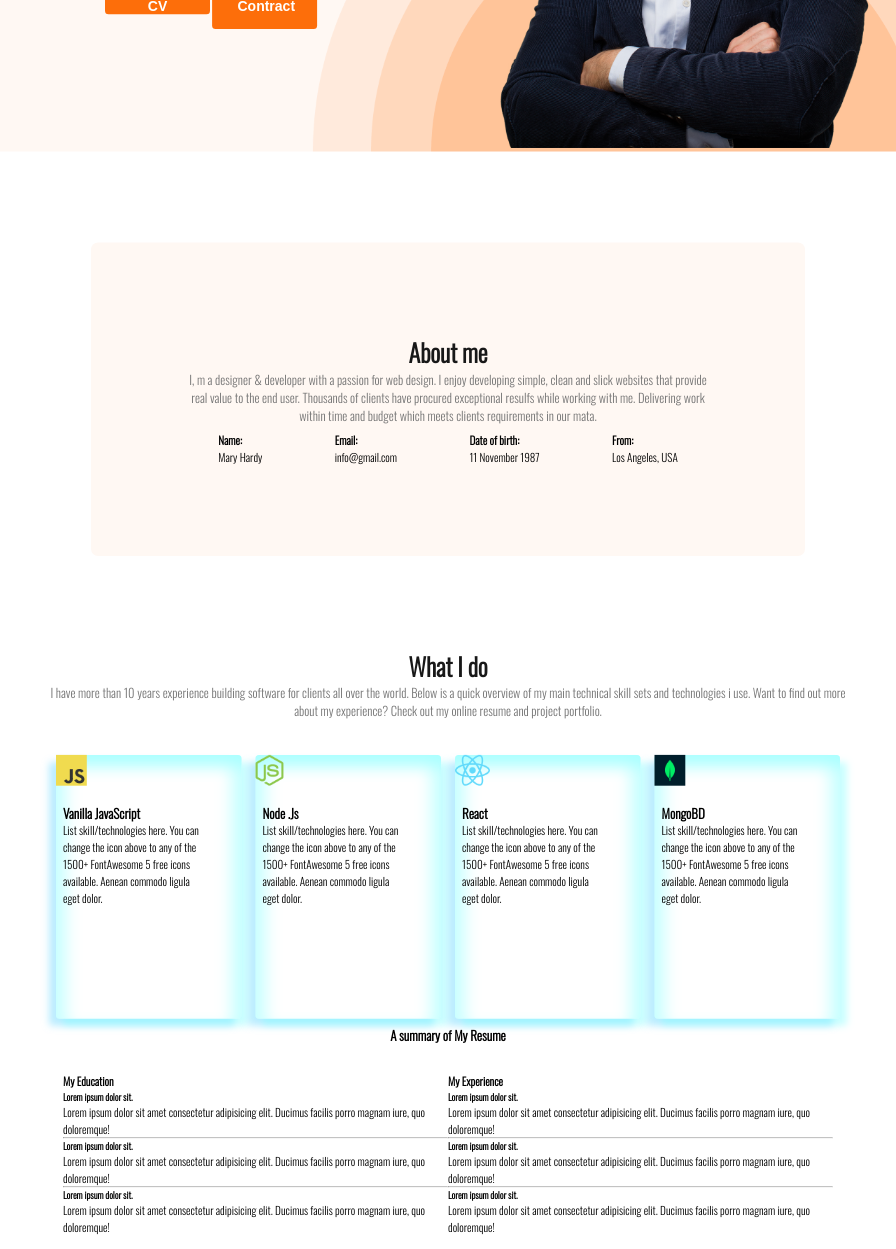
Repository: sumonkumarsarkar/my-website-personal
Page: index.html
The author's editor kept a copy of each file at every save. The page is drawn from the files as they stood at one save, then again after the next save.
The browser window is 1280 px wide. The pictures show the part of the page from y = 659 to 2579 px (the page is 2443 px tall before and 2579 px after), at 70% of full size.

Above is the page before, as saved 2024-01-06 16:39:00.

### index.html
<!DOCTYPE html>
<html lang="en">
  <head>
    <meta charset="UTF-8" />
    <meta name="viewport" content="width=device-width, initial-scale=1.0" />
    <title>My Personal Website</title>
    <link rel="preconnect" href="https://fonts.googleapis.com" />
    <link rel="preconnect" href="https://fonts.gstatic.com" crossorigin />
    <link
      href="https://fonts.googleapis.com/css2?family=Open+Sans:wght@700;800&family=Oswald:wght@300&display=swap"
      rel="stylesheet"
    />
    <link rel="stylesheet" href="./style.css" />
  </head>
  <body>
    <header class="header">
      <nav>
        <h3 class="nav-title">Me<span class="text-primary">r</span>y</h3>
        <ul>
          <li><a href="#">Pirtfolio</a></li>
          <li><a href="#">Blog</a></li>
          <li><button type="button" class="btn-button">Hire Me</button></li>
        </ul>
      </nav>

      <div class="banner">
        <div class="banner-part">
          <h3 class="banner-greeting">Hi, I am</h3>
          <h1 class="banner-title">Mary Hardy</h1>
          <p>
            Shot what able cold new see hold.Friendly as an betrayed formerly
            he. Morning because as to society behaved moments.
          </p>
          <button type="button" class="btn-button">Download CV</button>
          <button class="btn-button" type="button">Contract</button>
        </div>
        <div>
          <img class="profile-picture" src="./images/hardy.png" alt="" />
        </div>
      </div>
    </header>

    <!-- main section  -->

    <main>
      <section class="about">
        <h3 class="section-title">About me</h3>
        <p class="section-description">
          I, m a designer & developer with a passion for web design. I enjoy
          developing simple, clean and slick websites that provide real value to
          the end user. Thousands of clients have procured exceptional resulfs
          while working with me. Delivering work within time and budget which
          meets clients requirements in our mata.
        </p>

        <div class="about-info-container">
          <div class="about-info">
            <h4 class="info-titlt">Name:</h4>
            <p>Mary Hardy</p>
          </div>
          <div class="about-info">
            <h4 class="info-titlt">Email:</h4>
            <p>info@gmail.com</p>
          </div>
          <div class="about-info">
            <h4 class="info-titlt">Date of birth:</h4>
            <p>11 November 1987</p>
          </div>
          <div class="about-info">
            <h4 class="info-titlt">From:</h4>
            <p>Los Angeles, USA</p>
          </div>
        </div>
      </section>

      <section class="what-section">
        <h3 class="section-title">What I do</h3>
        <p class="section-description">
          I have more than 10 years experience building software for clients all
          over the world. Below is a quick overview of my main technical skill
          sets and technologies i use. Want to find out more about my
          experience? Check out my online resume and project portfolio.
        </p>

        <div class="skill-container">
          <div class="skill">
            <img src="./images/icons/js.png" alt="" />
            <div class="skill-item">
              <h3 class="skill-title">Vanilla JavaScript</h3>
              <p class="skill-description">
                List skill/technologies here. You can change the icon above to
                any of the 1500+ FontAwesome 5 free icons available. Aenean
                commodo ligula eget dolor.
              </p>
            </div>
          </div>
          <div class="skill">
            <img src="./images/icons/nodejs.png" alt="" />
            <div class="skill-item">
              <h3 class="skill-title">Node .Js</h3>
              <p class="skill-description">
                List skill/technologies here. You can change the icon above to
                any of the 1500+ FontAwesome 5 free icons available. Aenean
                commodo ligula eget dolor.
              </p>
            </div>
          </div>
          <div class="skill">
            <img src="./images/icons/react.png" alt="" />
            <div class="skill-item">
              <h3 class="skill-title">React</h3>
              <p class="skill-description">
                List skill/technologies here. You can change the icon above to
                any of the 1500+ FontAwesome 5 free icons available. Aenean
                commodo ligula eget dolor.
              </p>
            </div>
          </div>
          <div class="skill">
            <img src="./images/icons/mongo.png" alt="" />
            <div class="skill-item">
              <h3 class="skill-title">MongoBD</h3>
              <p class="skill-description">
                List skill/technologies here. You can change the icon above to
                any of the 1500+ FontAwesome 5 free icons available. Aenean
                commodo ligula eget dolor.
              </p>
            </div>
          </div>
        </div>


     <!-- summary section start  -->
     <section class="section-resume">
      <h3 class="summary-title">A summary of My Resume</h3>
      <div class="summary-section">

          <div class="education-item">
          <h4 class="education-title">My Education</h4>
          <div class="education-details">
          <h5>Lorem ipsum dolor sit.</h5>
          <P>Lorem ipsum dolor sit amet consectetur adipisicing elit. Ducimus facilis porro magnam iure, quo doloremque!</P>
          </div><hr>
          <div class="education-details">
          <h5>Lorem ipsum dolor sit.</h5>
          <P>Lorem ipsum dolor sit amet consectetur adipisicing elit. Ducimus facilis porro magnam iure, quo doloremque!</P>
          </div><hr>
          <div class="education-details">
          <h5>Lorem ipsum dolor sit.</h5>
          <P>Lorem ipsum dolor sit amet consectetur adipisicing elit. Ducimus facilis porro magnam iure, quo doloremque!</P>
          </div>

         </div>

          <!-- Education end  -->

         <div class="experence-item">
          <h4 class="experence">My Experience</h4>

          <div class="education-details">
            <h5>Lorem ipsum dolor sit.</h5>
            <P>Lorem ipsum dolor sit amet consectetur adipisicing elit. Ducimus facilis porro magnam iure, quo doloremque!</P>
            </div><hr>
          <div class="education-details">
            <h5>Lorem ipsum dolor sit.</h5>
            <P>Lorem ipsum dolor sit amet consectetur adipisicing elit. Ducimus facilis porro magnam iure, quo doloremque!</P>
            </div><hr>
          <div class="education-details">
            <h5>Lorem ipsum dolor sit.</h5>
            <P>Lorem ipsum dolor sit amet consectetur adipisicing elit. Ducimus facilis porro magnam iure, quo doloremque!</P>
            </div>
         </div>
      </div>
<!-- Education  start  -->


     </section>


    </div>




     <!-- summary section end  -->


      </section>
    </main>
  </body>
</html>

### style.css
* {
  margin: 0;
  padding: 0;
}
body {
  font-family: "Open Sans", sans-serif;
  font-family: "Oswald", sans-serif;
}
nav {
  display: flex;
  align-items: center;
  justify-content: space-between;
  margin: 0 200px;
}

.nav-title {
  font-size: 45px;
  color: #181818;
  line-height: normal;
  font-weight: 800;
}
.text-primary {
  color: #fd6e0a;
}
nav ul {
  display: flex;
  align-items: center;
}
nav a {
  text-decoration: none;
}
nav li {
  list-style: none;
  margin: 50px;
  font-size: 20px;
  color: #474747;
  text-align: center;
}

.section-title {
    color:#181818;
    text-align: center;
    font-size: 35px;
    font-weight: 700;
}
.section-description{
    color:#757575;
    text-align: center;
    font-size: 18px;

}

.btn-button {
  height: 64px;
  width: 150px;
  color: #ffff;
  background: #fd6e0a;
  border-radius: 5px;
  font-size: 20px;
  border: 0;
  font-weight: 700;
  padding: 18px 36px;
}

.header {
  background: #fff8f3;
  background-image: url(./images/header_bg.png);
  background-repeat: no-repeat;
  background-position: bottom right;
}
.banner {
  padding: 30px 30px 0 150px;
  display: flex;
  align-items: center;
  justify-content: space-between;
}
.banner-part {
  max-width: 500px;
}
.banner .profile-picture {
  height: 676px;
  width: 584px;
}
.banner-greeting {
  font-size: 45px;
  color: #474747;
  margin-bottom: 5px;
}
.banner-title {
  font-size: 85px;
  font-weight: 700;
  margin-top: 5px;
}

/* main section   */

main{
    max-width: 1140;
    margin: 0 auto;
}

/* about section  */
.about {
  padding: 130px;
  border-radius:10px;
  background: #fff8f3;
  margin:130px ;
}
.about-info-container{
    display: flex;
    justify-content:space-around;
    margin-top: 10px;
}
.about-info-container h4{
    margin: 0 auto;
}

.what-section{
    max-width: 1140px;
    margin: 0 auto;
}
.skill-container{
    display:flex;
    margin-top:40px;

}
.skill{
    height: 377px;
    width: 267px;
    background: #FFFFFF;
    border-radius: 5px;
    margin: 10px;
    box-shadow:10px 10px 10px rgba(122, 333, 455, .4),
          -10px 10px 10px rgba(122, 220, 300, .5),
          inset 15px 15px 22px rgba(122, 333, 455, .4),
          inset -15px 15px 22px rgba(122, 333, 455, .4);
}
.kill img{
    height:40px;
    width: 40px;
    margin-top:50px;
    padding: 10px;
}
.kill img{

    margin-top:10px;
    padding: 10px;
}
.skill .skill-item{
    width: 204px;
    height: 243px;
    margin-top: 10px;
    padding: 10px;
}


/* summary section start  */
.section-resume{
    max-width: 1140px;

}
.summary-title{
    text-align: center;
    margin-bottom:20px;
}
.summary-section{
    display:flex;
}




/* summary section end */



.summary-section{
    display:flex;
    padding: 20px;

}

After the next save:
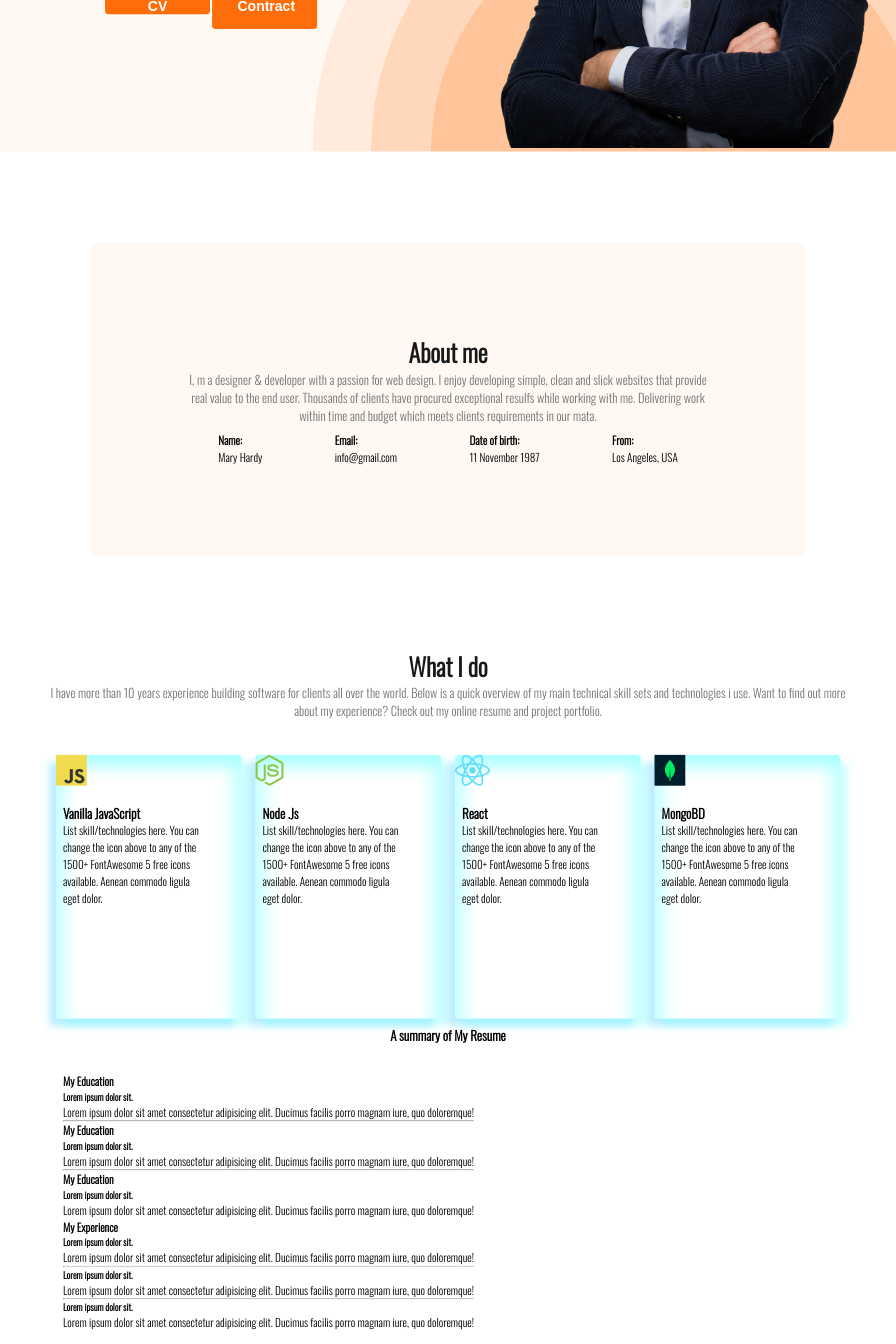
Saved 3 min 8 s later.
--- a/index.html
+++ b/index.html
@@ -140,11 +140,18 @@
           <div class="education-details">
           <h5>Lorem ipsum dolor sit.</h5>
           <P>Lorem ipsum dolor sit amet consectetur adipisicing elit. Ducimus facilis porro magnam iure, quo doloremque!</P>
-          </div><hr>
+          </div>
+          <hr>
+          <div class="education-item">
+          <h4 class="education-title">My Education</h4>
           <div class="education-details">
           <h5>Lorem ipsum dolor sit.</h5>
           <P>Lorem ipsum dolor sit amet consectetur adipisicing elit. Ducimus facilis porro magnam iure, quo doloremque!</P>
-          </div><hr>
+          </div>
+          <hr>
+
+          <div class="education-item">
+          <h4 class="education-title">My Education</h4>
           <div class="education-details">
           <h5>Lorem ipsum dolor sit.</h5>
           <P>Lorem ipsum dolor sit amet consectetur adipisicing elit. Ducimus facilis porro magnam iure, quo doloremque!</P>
